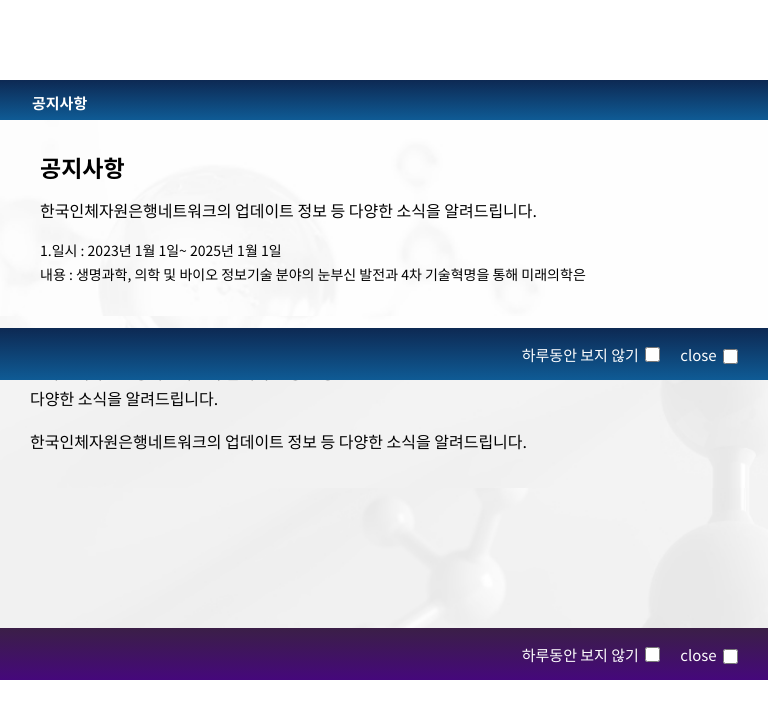
Repository: dlgywls1130/common_popup
Page: index.html
The author's editor kept a copy of each file at every save. The page is drawn from the files as they stood at one save, then again after the next save.
The browser window is 768 px wide. The pictures show the whole page.

Above is the page before, as saved 2023-10-26 01:04:39.

After the next save:
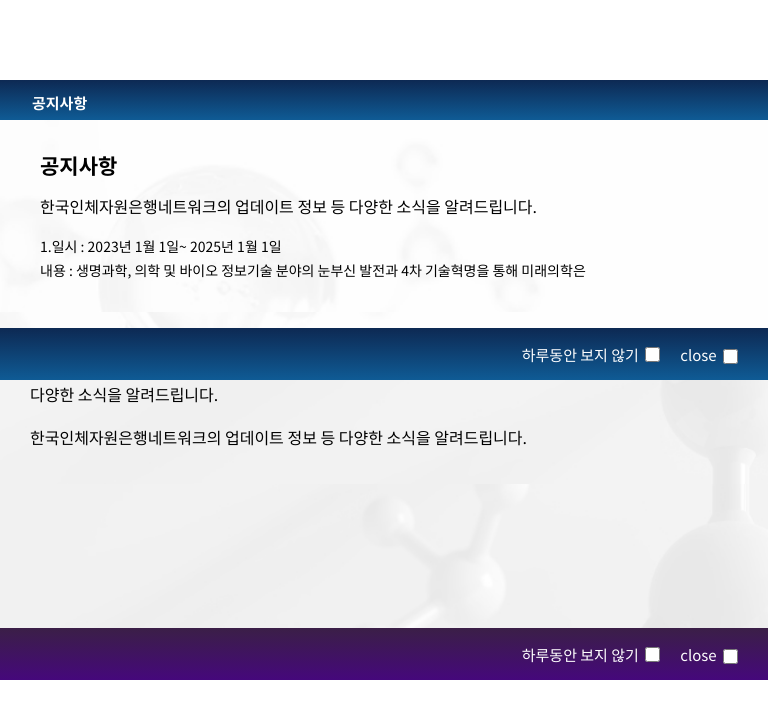
Saved 11 s later.
--- a/style.css
+++ b/style.css
@@ -224,7 +224,7 @@ time, mark, audio, video {
     }
 
     .common_body_head {
-        font-size: 23px;
+        font-size: 21px;
         margin-bottom: 13px;
     }
 
